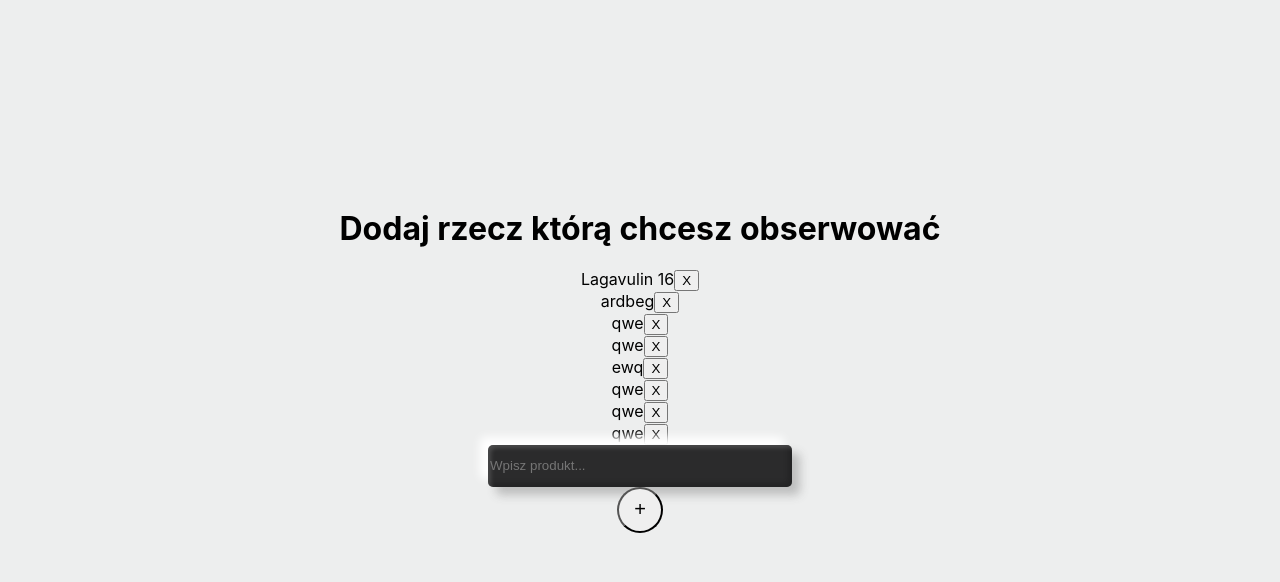
Repository: matedoo/crawler
Page: /MainApp
An editor plug-in stored every save of this project. The page is shown before and after the next save, followed by the edit.
The browser window is 1280 px wide. The pictures show the whole page.
The project was rebuilt for these pictures with package versions that can differ from the ones it lists, and the page was loaded fresh each time. Requests to the local data server were answered from the project's data file. Also part of the build but not shown: src/Components/button.js, src/Components/LoginComponents/LoginApp.js, src/Components/LoginComponents/RegisterApp.js, src/Components/btnContainer.js, src/Components/heading.js, src/Components/LoginComponents/StartApp.js.

Above is the page before, as saved 2020-05-01 18:14:40.

### public/index.html
<!DOCTYPE html>
<html lang="en">
  <head>
    <meta charset="utf-8" />
    <link rel="icon" href="%PUBLIC_URL%/favicon.ico" />
    <meta name="viewport" content="width=device-width, initial-scale=1" />
    <meta name="theme-color" content="#000000" />
    <meta
      name="description"
      content="Web site created using create-react-app"
    />
    <link rel="apple-touch-icon" href="%PUBLIC_URL%/logo192.png" />
    <!--
      manifest.json provides metadata used when your web app is installed on a
      user's mobile device or desktop. See https://developers.google.com/web/fundamentals/web-app-manifest/
    -->
    <link rel="manifest" href="%PUBLIC_URL%/manifest.json" />
    <!--
      Notice the use of %PUBLIC_URL% in the tags above.
      It will be replaced with the URL of the `public` folder during the build.
      Only files inside the `public` folder can be referenced from the HTML.

      Unlike "/favicon.ico" or "favicon.ico", "%PUBLIC_URL%/favicon.ico" will
      work correctly both with client-side routing and a non-root public URL.
      Learn how to configure a non-root public URL by running `npm run build`.
    -->
    <title>Racoon</title>
  </head>
  <body>
    <noscript>You need to enable JavaScript to run this app.</noscript>
    <div id="root"></div>

  </body>
</html>

### src/App.js
import React from 'react';
import LoginApp from './Components/LoginComponents/LoginApp'
import RegisterApp from './Components/LoginComponents/RegisterApp'
import StartApp from './Components/LoginComponents/StartApp'
import MainApp from './Components/MainApp/MainApp'
import {BrowserRouter as Router, Switch, Route} from 'react-router-dom'




class App extends React.Component {

  render(){
    return (
      <Router>
        <Switch>
          <Route path='/' exact component={StartApp}></Route>
          <Route path='/LoginApp' component={LoginApp}></Route>
          <Route path='/RegisterApp' component={RegisterApp}></Route>
          <Route path='/MainApp' component={MainApp}></Route>
        </Switch>
      </Router>
    );
  }
}



export default App;

### src/Components/MainApp/MainApp.js
import React, { useState, useEffect } from 'react';
import styled, {keyframes} from 'styled-components';
import MainAppElement from './MainAppElement'


//http://localhost:4000/items

function MainApp(props) {
  const [inputValue, setInputValue] = useState('')

  const [fetchedData, setFetchedData] = useState([])
  const [dataError, setDataError] = useState(null)
  const [inputError, setInputError] = useState('')
  const [isLoading, setIsLoading] = useState(true)

  useEffect(() => {
    const myFetch = async () => {
      setIsLoading(true)

      try {
        const response = await fetch(`http://localhost:4000/items`)
        const responseParsed = await response.json()

        setIsLoading(false)
        setFetchedData(responseParsed)

      } catch(dataError){
        setIsLoading(false)
        setDataError(dataError)
      }

    }
    myFetch()
  }, [])

  if(isLoading){
    return <LoadSpinner></LoadSpinner>
  }
  if(dataError){
    return <p>Error...</p>
  }

  const handleInputChange = (event) => {
    const { value } = event.target

    setInputValue(value)

  }
  const handleButtonClick = () => {

    if(!inputValue) return;
    if(fetchedData.some(el => el.title === inputValue)){
      setInputError('Ten przedmiot już jest na liście')
      return;
    }else{
      fetch('http://localhost:4000/items', {
        method: 'POST', // or 'PUT'
        headers: {
          'Content-Type': 'application/json',
        },
        body: JSON.stringify({
          title: inputValue
      }),
      })
      .then((response) => response.json())
      .then((data) => {

        setFetchedData([...fetchedData, data])
        setInputError('')
        setInputValue('')
        console.log('Success:', data);
      })
      .catch((error) => {
        console.error('Error:', error);
      });
    }


  }

  const handleElementRemove = (elID) => {
    fetch(`http://localhost:4000/items/${elID}`, {
        method: 'DELETE', // or 'PUT'
      })
      .then(() => {
        setFetchedData(fetchedData.filter(el => el.id !== elID))

      }).catch(err => {
       console.error(err)
      });

  }

    return (
      <LoginAppStyled>
        <h1>Dodaj rzecz którą chcesz obserwować</h1>
        {fetchedData.map((el, index) => (
          <MainAppElement
            key={index}
            value={el.id}
            element={el.title}
            handleCloseClick={handleElementRemove}
          />
        ))}
        <AddInput
          name='listelemt'
          placeholder='Wpisz produkt...'
          value={inputValue}
          onChange={handleInputChange}
        />
        <AddButton onClick={handleButtonClick}></AddButton>
        {!!inputError &&
        <p>{inputError}</p>
        }
      </LoginAppStyled>
    );

}

export default MainApp;

const loadingspin = keyframes`
  from {
    transform: rotate(0deg);
  }

  to {
    transform: rotate(360deg);
  }
`;
const LoadSpinner = styled.div`
  position: absolute;
  top: 50%;
  left: 49%;
  pointer-events: none;
	width: 2.5em;
	height: 2.5em;
	border: 0.4em solid transparent;
	border-color: #eee;
	border-top-color: #000;
	border-radius: 50%;
	animation: ${loadingspin} 1s linear infinite;
`
const AddInput = styled.input`
  width: 300px;
  height: 40px;
  border-radius: 5px;
  border: 0;
  color: #fff;
  box-shadow: -8px -8px 10px 0 #ffffff, 8px 8px 10px 0 rgba(80, 78, 78, 0.3), inset 3px 3px 4px 0 rgba(255, 255, 255, 0.15), inset -4px -4px 4px 0 rgba(17, 16, 16, 0.25);
  background-color: #2b2b2c;
`
const AddButton = styled.button`
  width: 46px;
  height: 46px;
  color: #000;
  border-radius: 50px;
  font-size: 20px;
  &:before{
    position: relative;
    content:"+";
  }
`
const LoginAppStyled = styled.div`
   background-color: #edeeee;
   margin: 0;
   padding:0;
   height: 100vh;
   width: 100%;
   display: flex;
   align-items: center;
   justify-content: center;
   flex-direction: column;
`

### src/Components/MainApp/MainAppElement.js
import React from 'react';
import styled from 'styled-components';

function MainAppElement(props){
    const {value, element, handleCloseClick} = props;
    return(
        <div value={value}>
            {element}
            <button onClick={ () => handleCloseClick(value)}>X</button>
        </div>

    )
}

export default MainAppElement;

### db.json
{
  "items": [
    {
      "title": "Lagavulin 16",
      "id": 1
    },
    {
      "title": "ardbeg",
      "id": 3
    },
    {
      "title": "qwe",
      "id": 4
    },
    {
      "title": "qwe",
      "id": 5
    },

    {
      "title": "ewq",
      "id": 11
    },
    {
      "title": "qwe",
      "id": 12
    },
    {
      "title": "qwe",
      "id": 13
    },
    {
      "title": "qwe",
      "id": 14
    }
  ]
}

Loaded but not shown: src/index.js (common file); src/styles/index.css (common file); src/serviceWorker.js (common file)

After the next save:
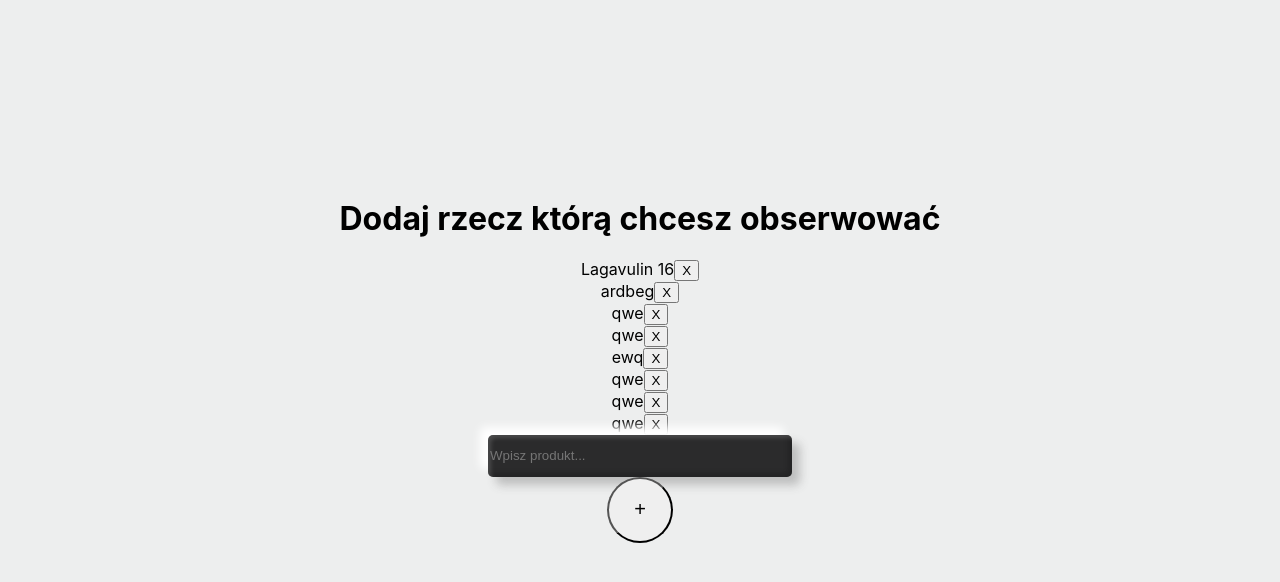
Saved 7 s later.
--- a/src/Components/MainApp/MainApp.js
+++ b/src/Components/MainApp/MainApp.js
@@ -151,8 +151,8 @@ const AddInput = styled.input`
   background-color: #2b2b2c;
 `
 const AddButton = styled.button`
-  width: 46px;
-  height: 46px;
+  width: 66px;
+  height: 66px;
   color: #000;
   border-radius: 50px;
   font-size: 20px;
